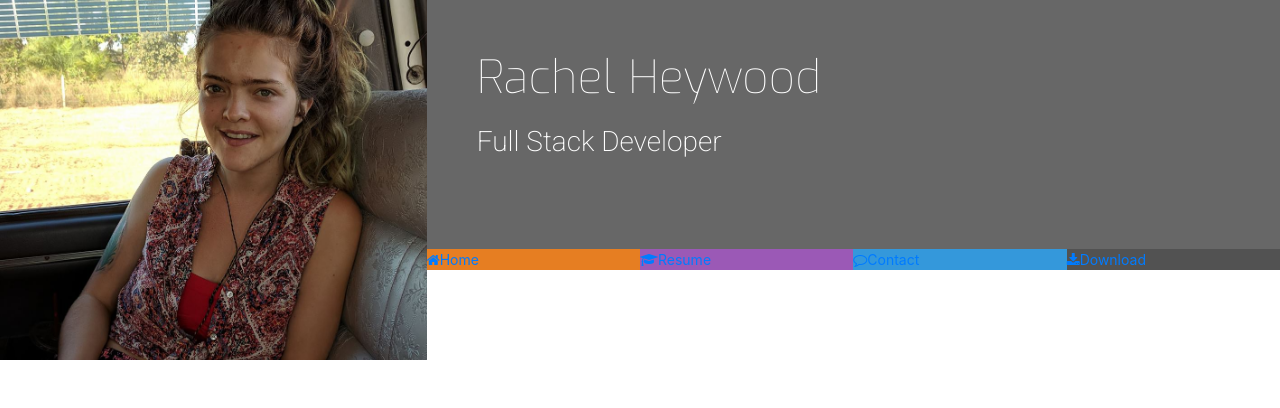
Repository: Heywood93/resume
Page: index.html
The author's editor kept a record of every edit. The page is drawn from the files as they stood at one moment, then again after the next edit.
The browser window is 1280 px wide. The pictures show the whole page.

Above is the page before.

### index.html
<!DOCTYPE html>
<html lang="en">
<head>
    <meta charset="UTF-8">
    <meta name="viewport" content="width=device-width, initial-scale=1.0">
    <meta http-equiv="X-UA-Compatible" content="ie=edge">
    <link rel="stylesheet" href="https://stackpath.bootstrapcdn.com/bootstrap/4.3.1/css/bootstrap.min.css" type="text/css" />
    <link rel="stylesheet" href="https://stackpath.bootstrapcdn.com/font-awesome/4.7.0/css/font-awesome.min.css" type="text/css" />
    <link rel="stylesheet" href="assets/css/style.css" type="text/css" />
    <title>Rachel Heywood</title>
</head>
<body>
    <header>
        <div class="row no-gutters">
            <a href="index.html" class="col-md-4 logo">

            </a>
            <div class="col-md-8">
                <div class="row no-gutters bg-color-name-title">
                    <div class="col heading">
                        <h1 class="name">Rachel Heywood</h1>
                        <h2 class="title">Full Stack Developer</h2>
                    </div>
                </div>
                <div class="row no-gutters">
                    <div class="col">
                        <ul id="nav" class="list-inline menucontainer">
                            <li class="col-6 col-sm-3 ui-menu-color-home list-inline-item">
                                <a href="#"><span class="fa fa-home" aria-hidden="true"></span><span>Home</span></a>
                            </li>
                            <li class="col-6 col-sm-3 ui-menu-color-resume list-inline-item">
                                <a href="#"><span class="fa fa-graduation-cap" aria-hidden="true"></span><span>Resume</span></a>
                            </li>
                            <li class="col-6 col-sm-3 ui-menu-color-contact list-inline-item">
                                <a href="#"><span class="fa fa-comment-o" aria-hidden="true"></span><span>Contact</span></a>
                            </li>
                            <li class="col-6 col-sm-3 ui-menu-color-download list-inline-item">
                                <a href="#"><span class="fa fa-download" aria-hidden="true"></span><span>Download</span></a>
                            </li>
                        </ul>
                    </div>
                </div>
            </div>
        </div>

    </header>
    <section>

    </section>
    <footer>

    </footer>
</body>
</html>

### assets/css/style.css
@import url('https://fonts.googleapis.com/css?family=Roboto:100,200,300,400,500,600,700|Exo:100,200,300,400,500,600,700');

/*----------Colors */

.bg-color-name-title {
    background-color: #676767;
}

.ui-menu-color-home {
    background-color: #e67e22
}

.ui-menu-color-resume {
    background-color: #9b59b6
}

.ui-menu-color-contact {
    background-color: #3498db
}

.ui-menu-color-download {
    background-color: #525252
}

/*----------Heading */

header {
    margin: 0;
}

.heading {
    margin-left : 50px;
}

.logo {
    background: url(../images/profile-picture.jpg);
    background-position: center;
    background-repeat: no-repeat;
    background-size: cover;
    min-height: 360px;
    transition: all .5s ease-in-out;
    -moz-transition: all .5s ease-in-out;
    -webkit-transition: all .5s ease-in-out;
}

.name {
    font-family: "Exo", sans-serif;
    font-weight: 100;
    font-size: 46px;
    margin-top: 50px;
    color: #fff;
}

.title {
    font-family: "Roboto", sans-serif;
    font-weight: 200;
    font-size: 28px;
    margin-top: 20px;
    margin-bottom: 90px;
    color: #fff;
}

.list-inline-item:not(:last-child) {
    margin: 0;
}

.menucontainer {
    font-size: 0;
}

#nav {
    margin: 0;
}

#nav li {
    font-size: 14px;
    padding: 0;
}

.menuitem {
    height: 120px;
    text-align: center;
    padding: 0;
}

.menuitem a {
    width: 100%;
    text-decoration: none;
    color: #fff;
    height: 120px;
}

.menuitem a i {
    padding-top: 22px;
    display: block;
    color: #fafafa;
    font-size: 26px;
}

.menuitem span {
    display: block;
    width: 100%;
    padding-top: 5px;
    text-align: center;
    text-transform: uppercase;
    font-size: 14px;
    font-weight: 300;
    letter-spacing: 2px;
}

/*----------Hover.css */

.hvr-sweep-to-bottom:before {
    background: rgba(0, 0, 0, 0.2);
    height: 120px;
}

After the next edit:
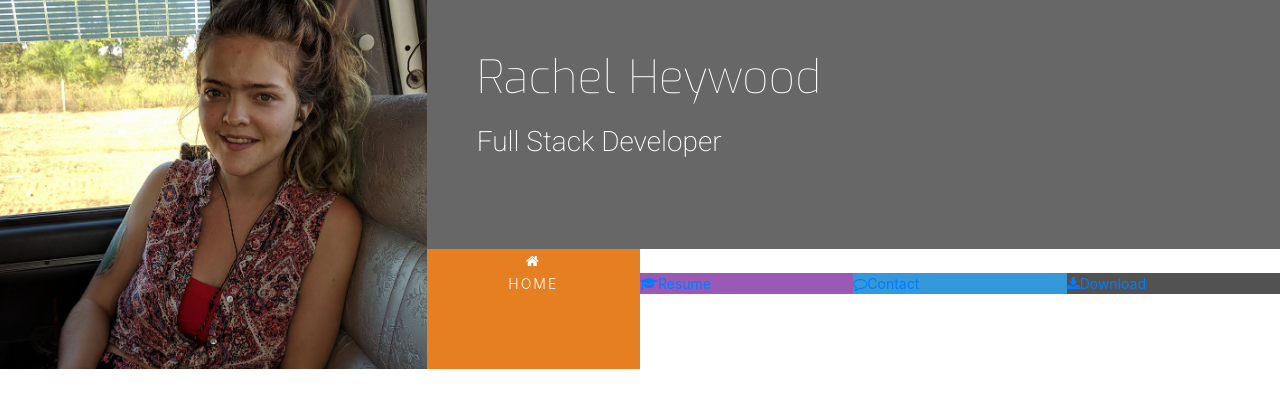
The edit:
--- a/index.html
+++ b/index.html
@@ -25,7 +25,7 @@
                 <div class="row no-gutters">
                     <div class="col">
                         <ul id="nav" class="list-inline menucontainer">
-                            <li class="col-6 col-sm-3 ui-menu-color-home list-inline-item">
+                            <li class="col-6 col-sm-3 ui-menu-color-home list-inline-item menuitem">
                                 <a href="#"><span class="fa fa-home" aria-hidden="true"></span><span>Home</span></a>
                             </li>
                             <li class="col-6 col-sm-3 ui-menu-color-resume list-inline-item">
